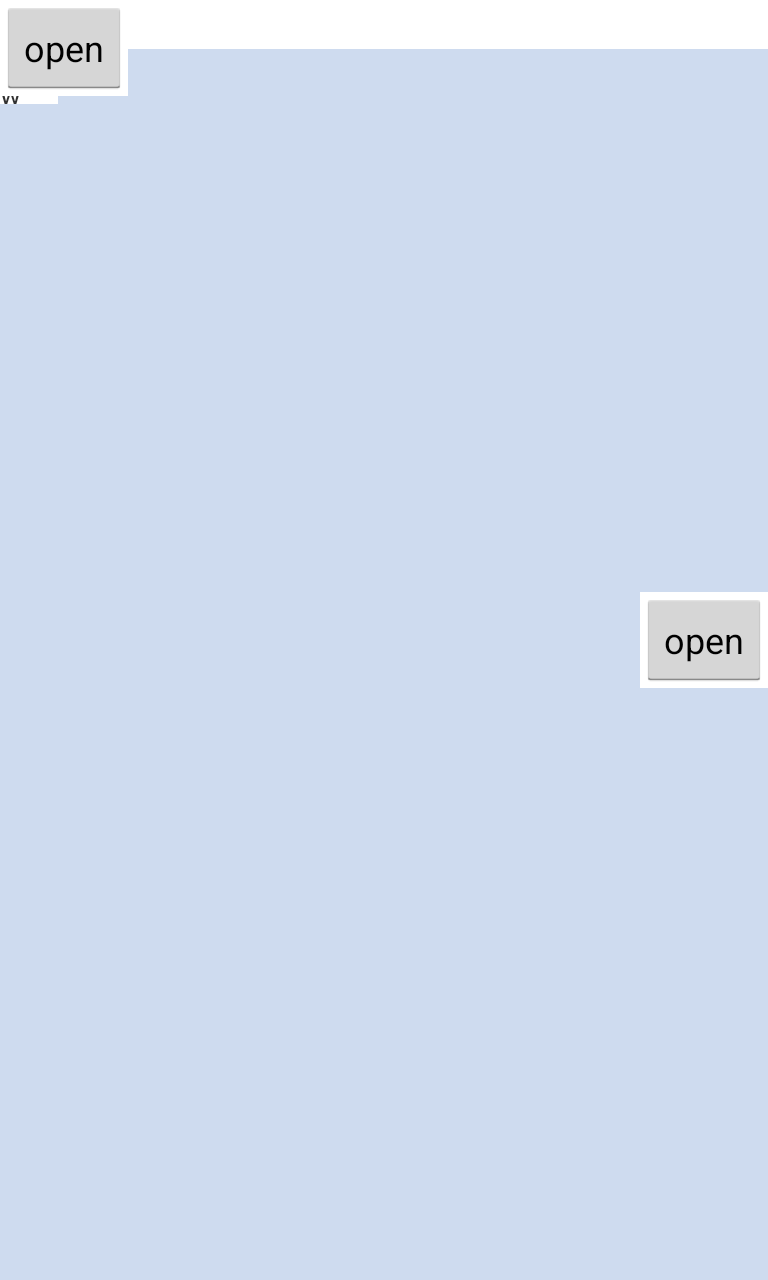
Repository: supremehappy/Android
Layout: FrameTest1/res/layout/activity_main.xml
An editor plug-in stored every save of this project. The layout is shown before and after the next save, followed by the edit.
It is drawn on a 768 x 1280 px phone screen (xhdpi) without system bars, with theme AppTheme; the app's code is not run.

Above is the layout before, as saved 2017-09-04 03:19:07.

After the next save:
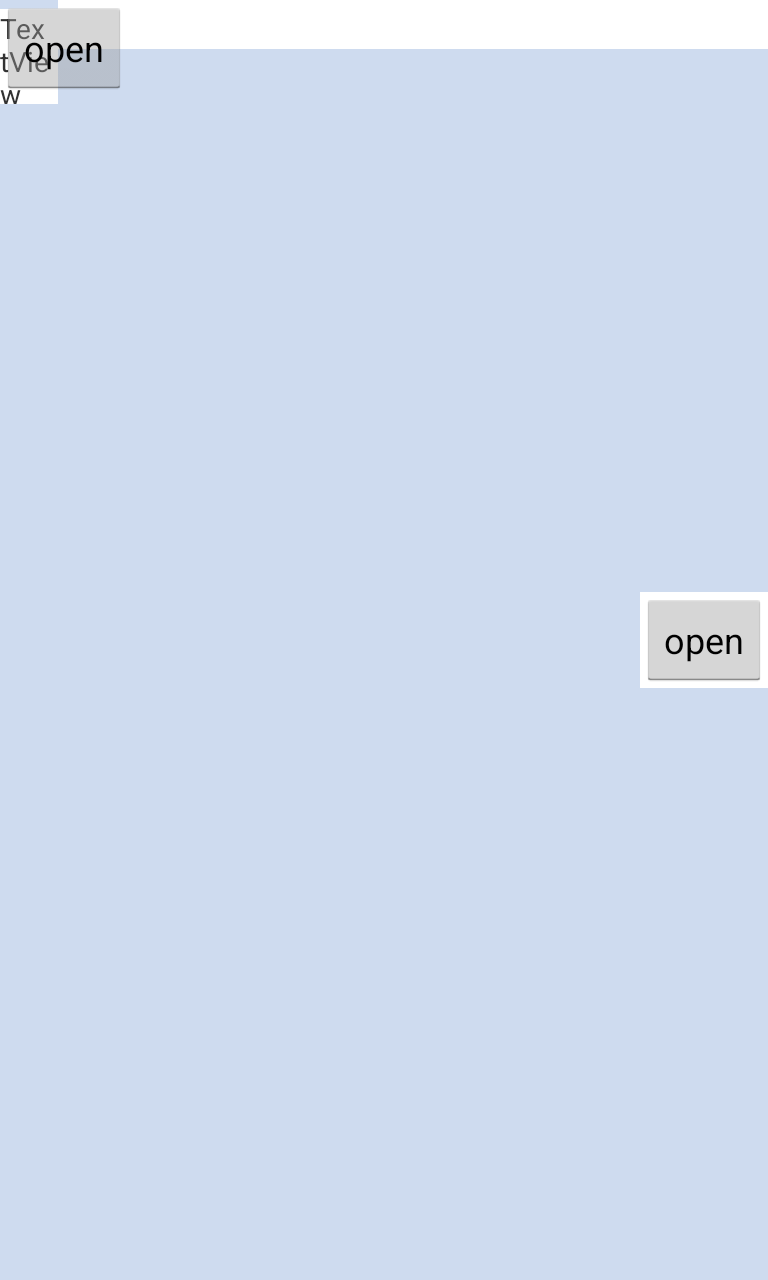
Saved 7 s later.
--- a/FrameTest1/res/layout/activity_main.xml
+++ b/FrameTest1/res/layout/activity_main.xml
@@ -135,7 +135,6 @@
     <LinearLayout
         android:layout_width="wrap_content"
         android:layout_height="wrap_content"
-        android:background="#ffffff"
         android:gravity="bottom|left"
         android:orientation="vertical" >
 
